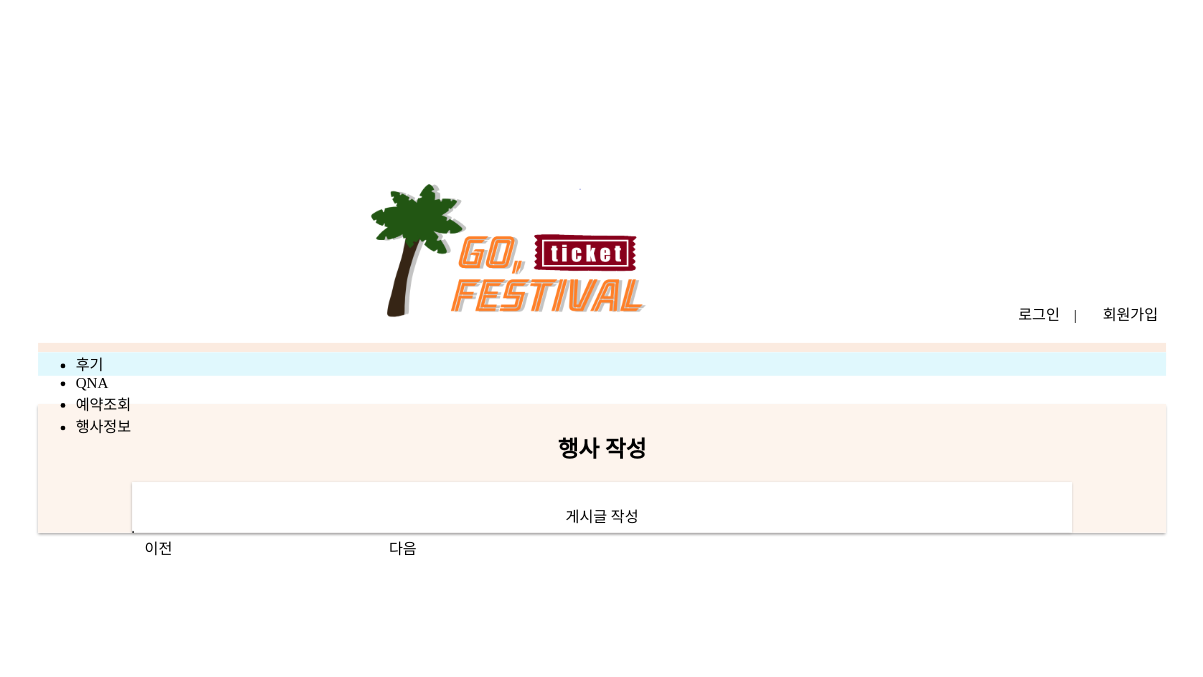
Repository: Changgyu1/Chang_Gu
Page: http://localhost/Project/EventPostingServlet
The author's editor kept a copy of each file at every save. The page is drawn from the files as they stood at one save, then again after the next save.
The browser window is 1280 px wide. The pictures show the whole page, at 94% of full size.
Some web fonts or font styles are not loaded; a fallback is used. The page is served by Tomcat 9. Queries for data that is not in the repository find no rows.

Above is the page before, as saved 2023-11-13 15:21:13.

After the next save:
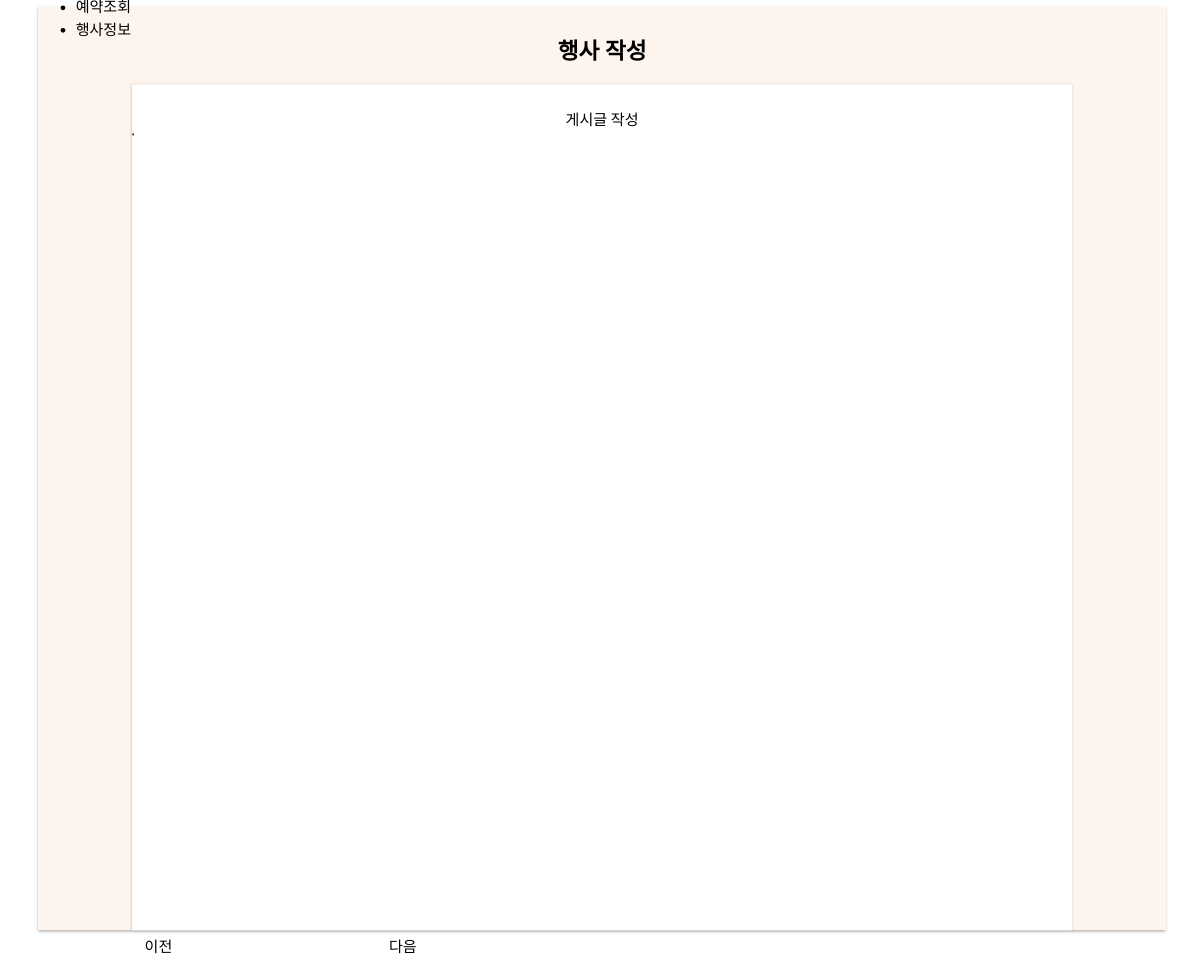
Saved 8 s later.
--- a/Project/src/main/webapp/css/event.css
+++ b/Project/src/main/webapp/css/event.css
@@ -76,7 +76,7 @@
     box-sizing: border-box;
     	padding-top:20px;
     	max-width: 1000px;
-    	height: auto;
+    	height: 900px;
 
         margin-left:auto;
         margin-right:auto;
